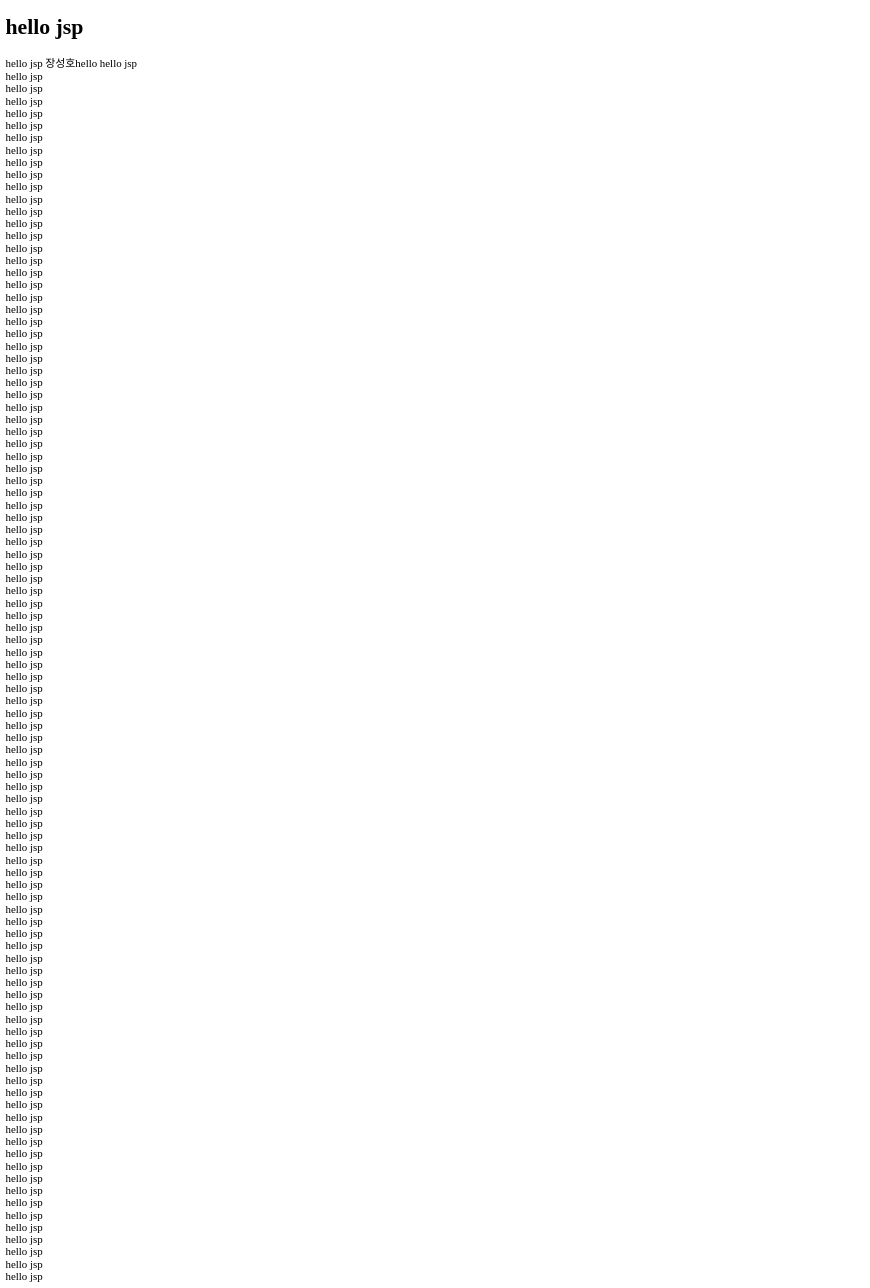
Repository: jinyoung9703/jsp-launch
Page: http://localhost/jsp01/hello.jsp
An editor plug-in stored every save of this project. The page is shown before and after the next save, followed by the edit.
The browser window is 1280 px wide. The pictures show the whole page, at 68% of full size.
The page is served by Tomcat 9.

Above is the page before, as saved 2023-06-02 01:15:49.

### jsp01/src/main/webapp/hello.jsp
<%@ page language="java" contentType="text/html; charset=UTF-8"
    pageEncoding="UTF-8"%>
    <%!
    String name = "장성호";
    String msg = "hello";
    %>
<!DOCTYPE html>
<html>
<head>
<meta charset="UTF-8">
<title>Insert title here</title>
</head>
<body>
	<h1>hello jsp</h1>
	<%
		out.println("hello jsp");
		out.println(name+msg);
		for(int i=0;i<100;i++){
			out.print("hello jsp <br>");
		}
	%>
</body>
</html>

After the next save:
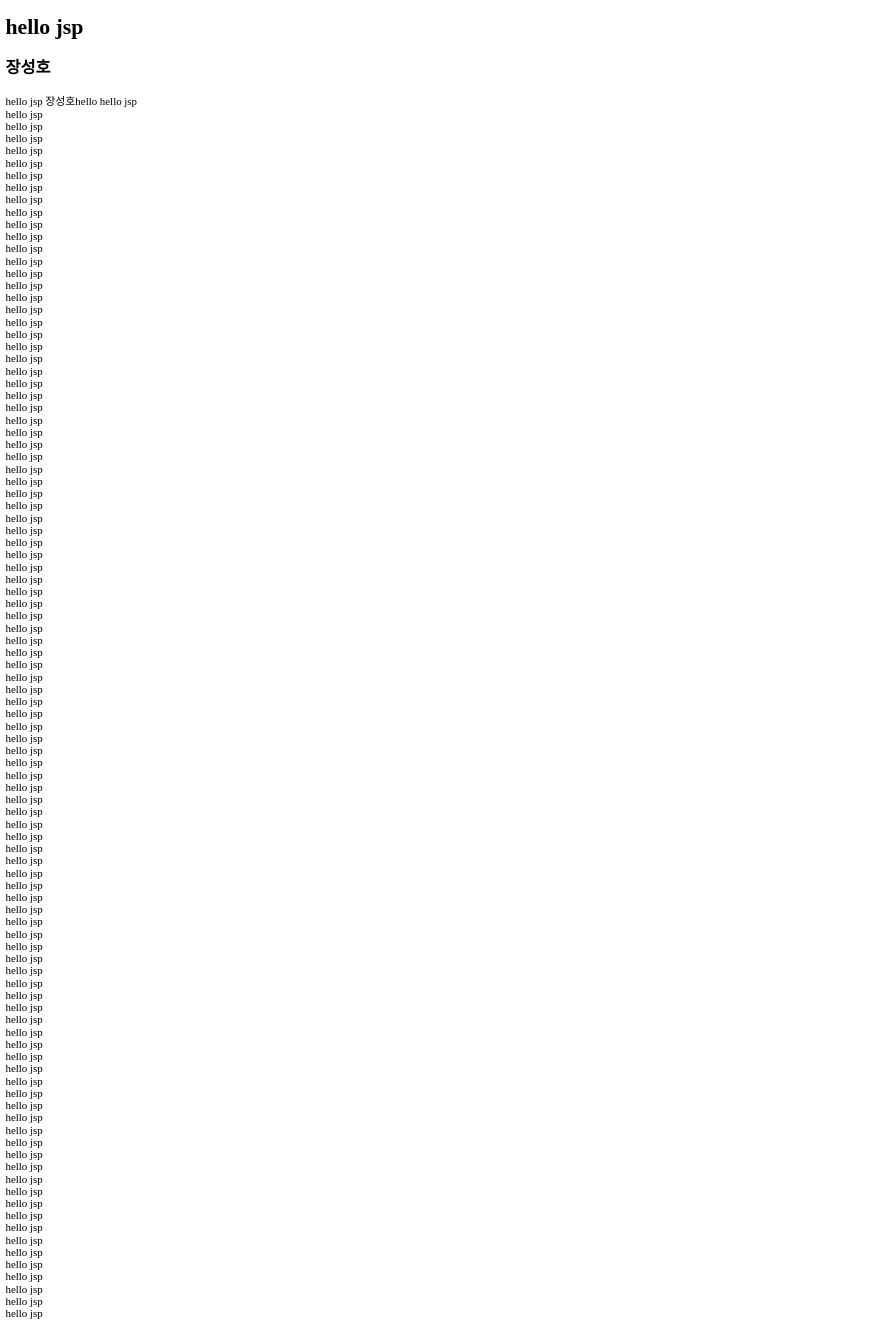
Saved 85 s later.
--- a/jsp01/src/main/webapp/hello.jsp
+++ b/jsp01/src/main/webapp/hello.jsp
@@ -12,6 +12,7 @@
 </head>
 <body>
 	<h1>hello jsp</h1>
+	<h2><%out.println(name); %></h2>
 	<%
 		out.println("hello jsp");
 		out.println(name+msg);
